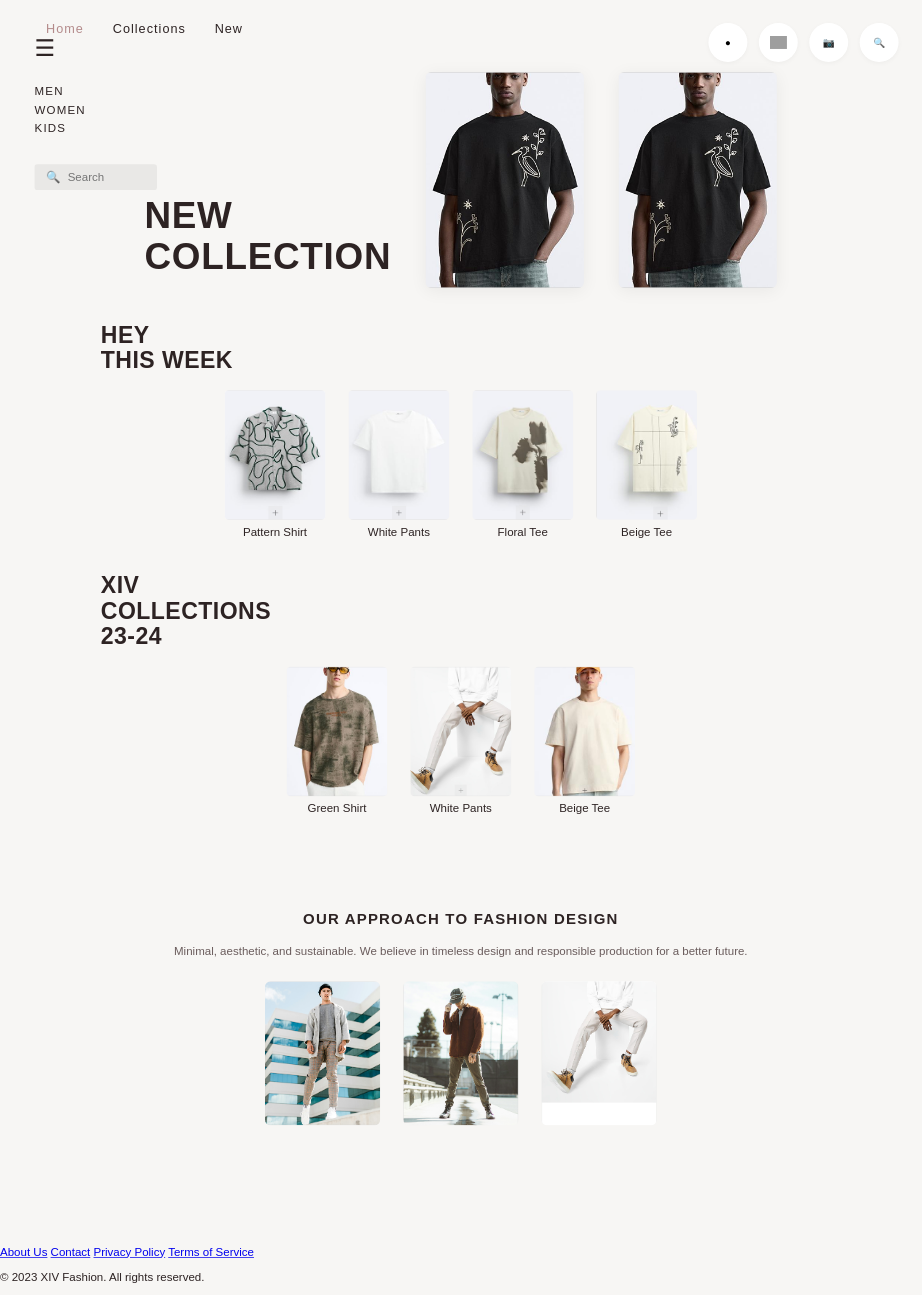
Repository: Diegoms0595/retail-dashboard-app
Page: index.html
These files come from the project's save history. The page is drawn as it stood at one moment and after the next save; the edit follows.
The browser window is 1280 px wide. The pictures show the whole page, at 72% of full size.
Pictures or frames that could not be fetched are drawn as grey boxes.

Above is the page before, as saved 2025-06-18 20:05:59.

After the next save:
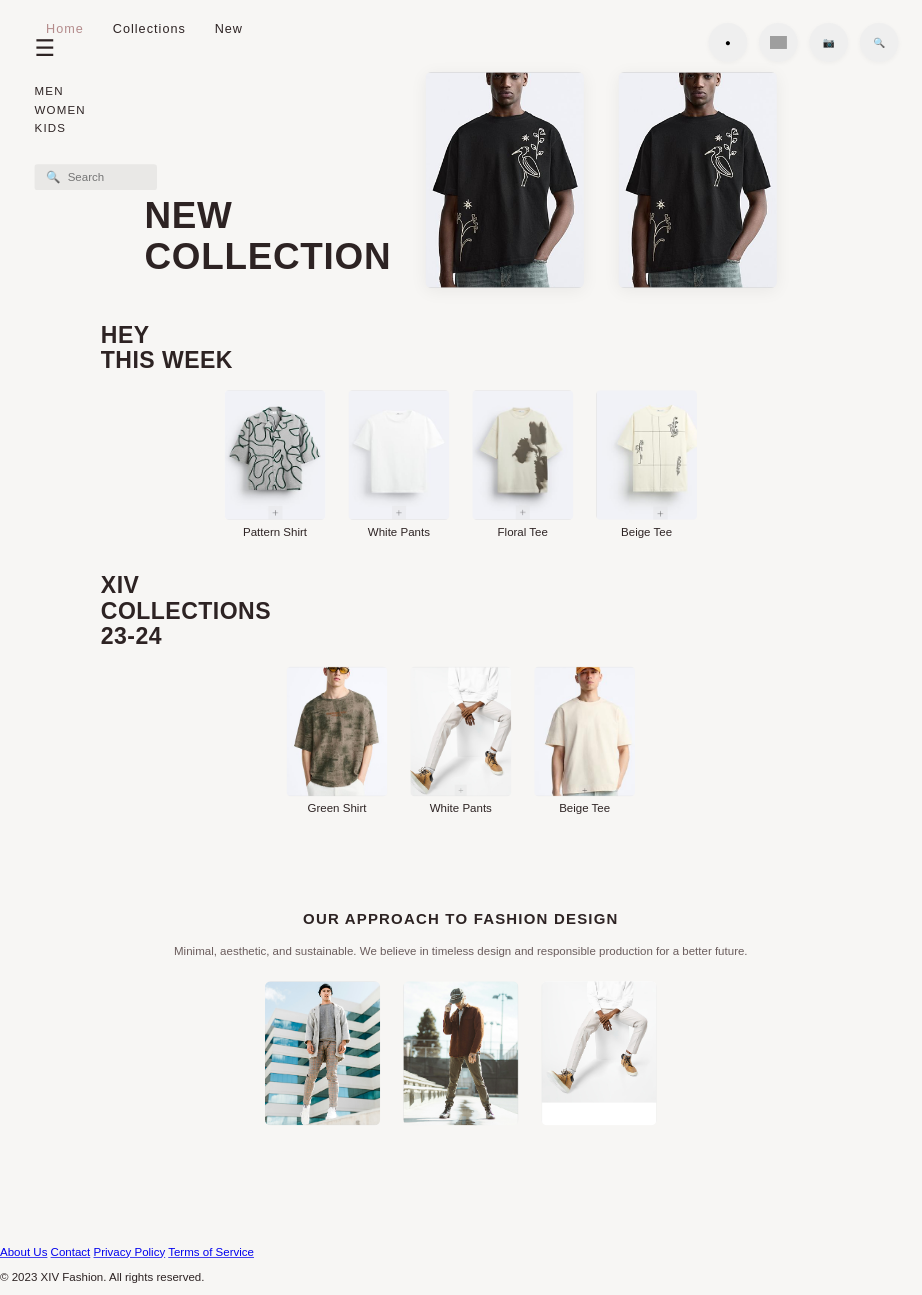
Saved 12 s later.
--- a/style.css
+++ b/style.css
@@ -67,7 +67,6 @@ nav a:hover {
   align-items: center;
   justify-content: center;
   border-radius: 50%;
-  background: #fff;
   border: none;
   box-shadow: 0 2px 8px rgba(0,0,0,0.04);
   cursor: pointer;
